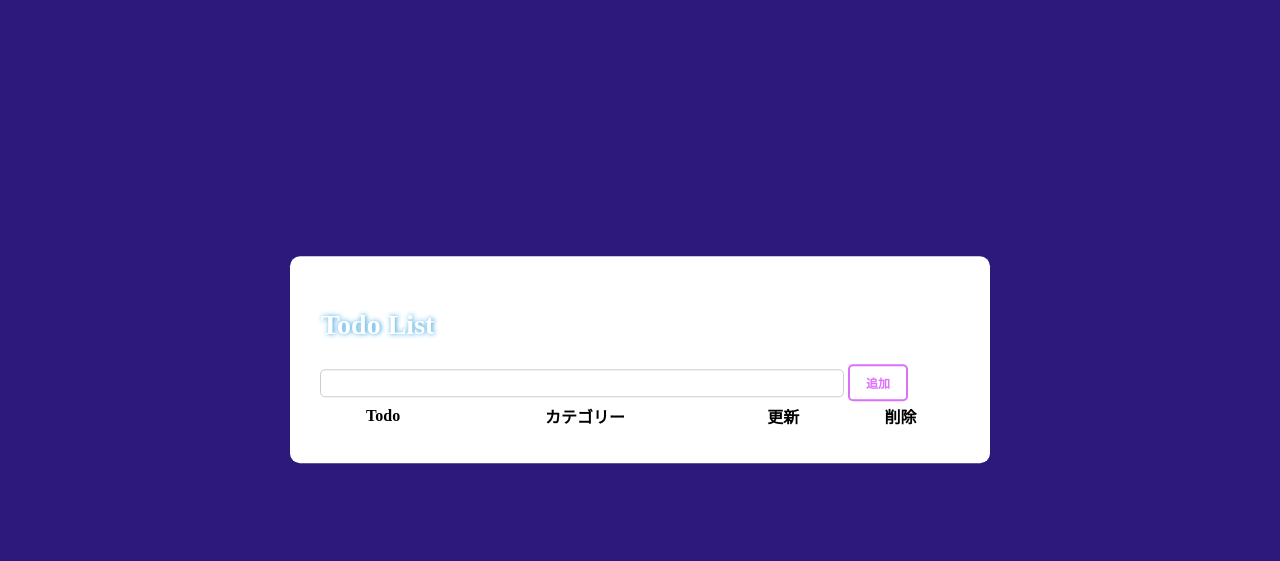
Repository: azuma2/cate
Page: http://localhost/
These files come from the project's save history. The page is drawn as it stood at one moment and after a run of saves; the edit follows.
The browser window is 1280 px wide. The pictures show the whole page.
The page is served by the project's Laravel application, run on PHP 8.4 with Laravel 8. Queries for data that is not in the repository find no rows.

Above is the page before, as saved 2022-05-07 20:51:13.

After the next 2 saves:
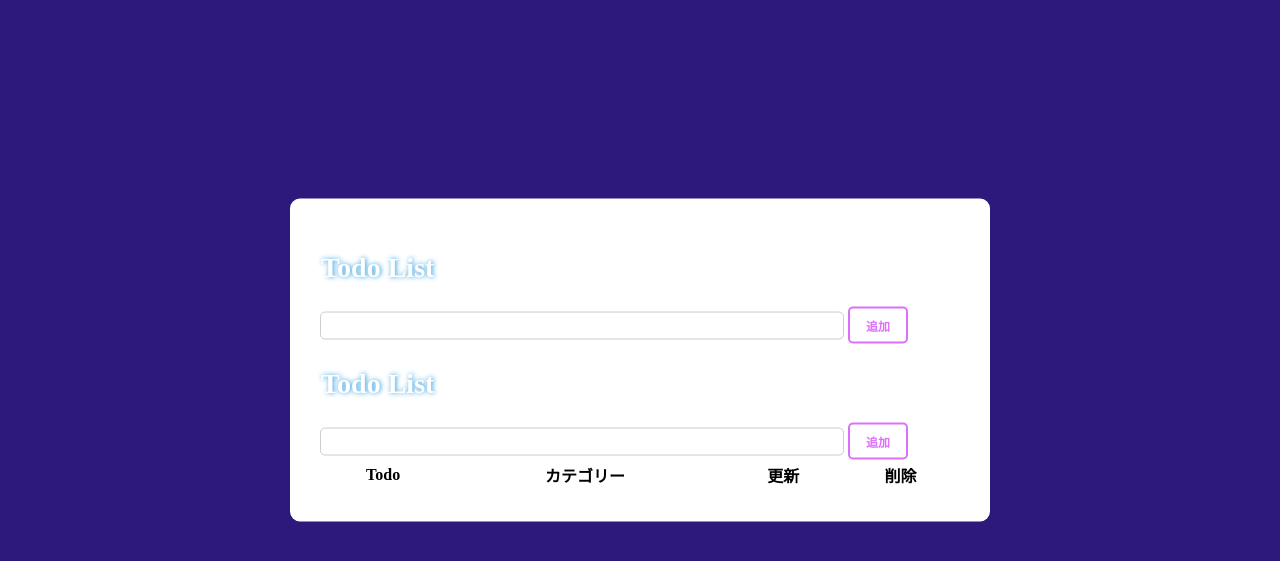
The 2 saves are shown as one change because they came seconds apart.
The last was saved 56 s later.
--- a/resources/views/index.blade.php
+++ b/resources/views/index.blade.php
@@ -93,7 +93,21 @@
           <input type="text" class="input-add" name="content" />
           <input class="button" type="submit" value="追加" />
         </form>
-          @csrf
+      <h2 class="title">Todo List</h2>
+            <div class="todo">
+              @if ($errors->has('content'))
+                  <tr>
+                    <th>ERROR</th>
+                  <td>
+                  {{$errors->first('content')}}
+                </td>
+            </tr>
+          @endif
+        <form action="/todo/create" method="post">
+            @csrf
+          <input type="text" class="input-add" name="content" />
+          <input class="button" type="submit" value="追加" />
+        </form>
           <div class="narabe">
         <table>
             @csrf
